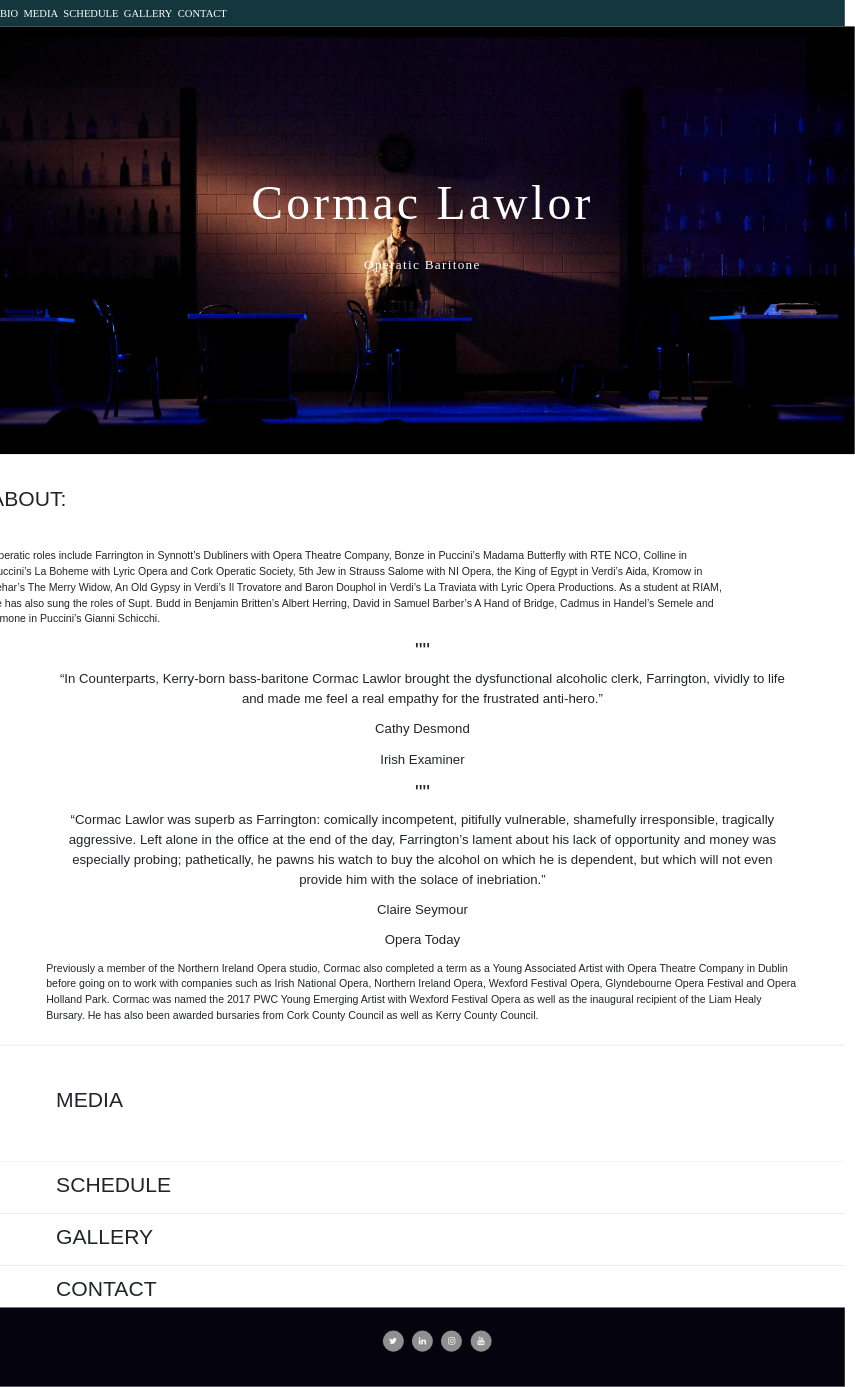
Repository: armedcor/frontend-project
Page: index.html
The author's editor kept a record of every edit. The page is drawn from the files as they stood at one moment, then again after the next edit.
The browser window is 1280 px wide. The page is 1295 px wide, so the pictures cover 1295 px, including what lies to the right of the window. The pictures show the whole page, at 66% of full size.
Backgrounds fixed to the window are drawn as part of the page. Some web fonts or font styles are not loaded; a fallback is used.

Above is the page before.

After the next edit:
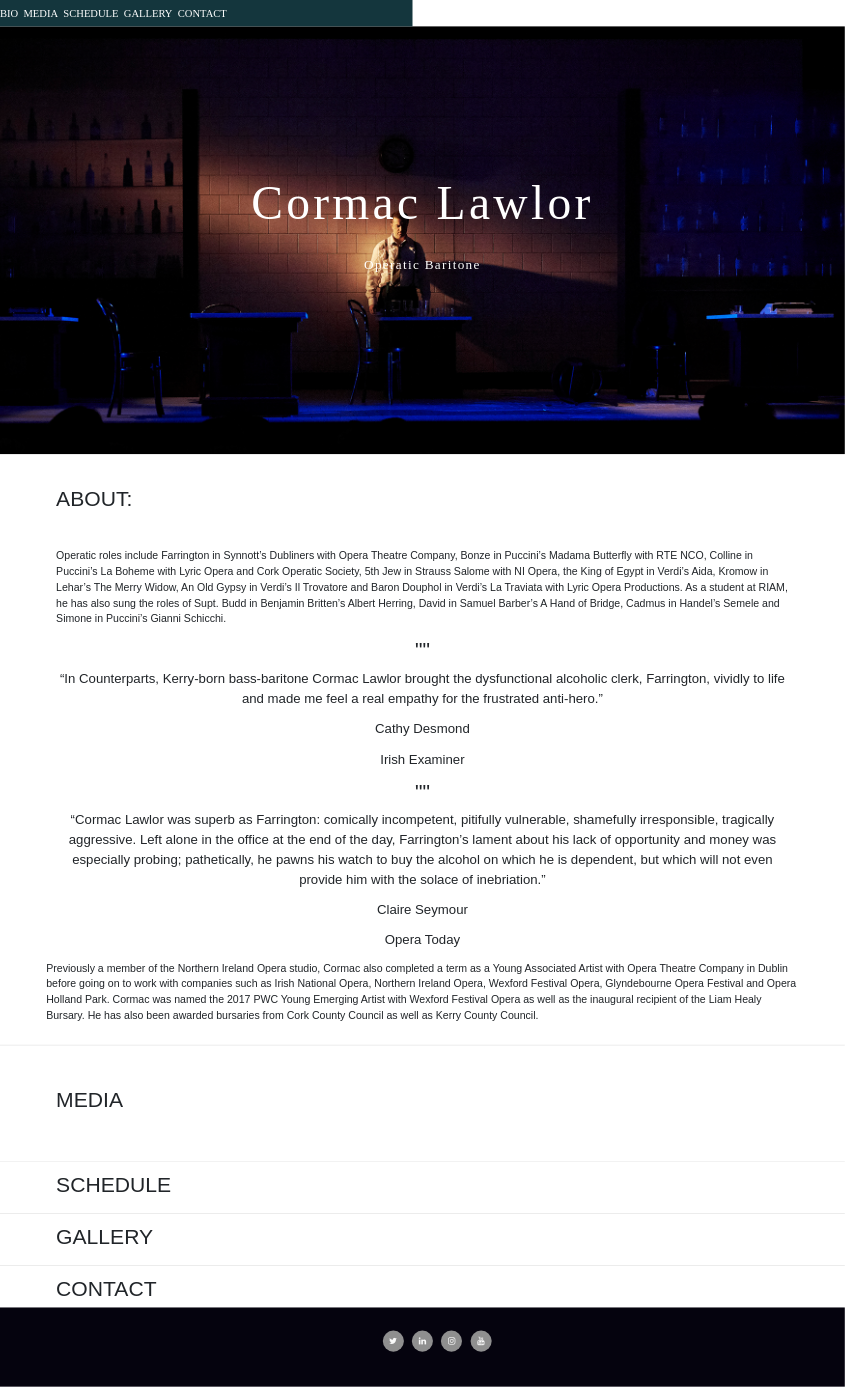
The edit:
--- a/index.html
+++ b/index.html
@@ -18,17 +18,18 @@
 
 <body>
     <!-- Main landing image -->
-<div class="row">
-    <div class="col-12">
-    <nav class="navbar navbar-nav navbar-expand-sm">
-        <ul class="navbar-nav mr-auto">
-            <li class="active nav-item mr-2"><a class="page-scroll" href="#about-me">BIO</a></li>
-            <li class="nav-item mr-2"><a class="page-scroll" href="#media">MEDIA</a></li>
-            <li class="nav-item mr-2"><a class="page-scroll" href="#schedule">SCHEDULE</a></li>
-            <li class="nav-item mr-2"><a class="page-scroll" href="#gallery">GALLERY</a></li>
-            <li class="nav-item mr-2"><a class="page-scroll" href="#contact">CONTACT</a></li>
-        </ul>
-    </nav>
+    <div class="row">
+        <div class="col-6">
+            <nav class="navbar navbar-nav navbar-expand-sm">
+                <ul class="navbar-nav mr-auto">
+                    <li class="active nav-item mr-2"><a class="page-scroll" href="#about-me">BIO</a></li>
+                    <li class="nav-item mr-2"><a class="page-scroll" href="#media">MEDIA</a></li>
+                    <li class="nav-item mr-2"><a class="page-scroll" href="#schedule">SCHEDULE</a></li>
+                    <li class="nav-item mr-2"><a class="page-scroll" href="#gallery">GALLERY</a></li>
+                    <li class="nav-item mr-2"><a class="page-scroll" href="#contact">CONTACT</a></li>
+                </ul>
+            </nav>
+        </div>
     </div>
 
     <div class="container-fluid callout-container">
